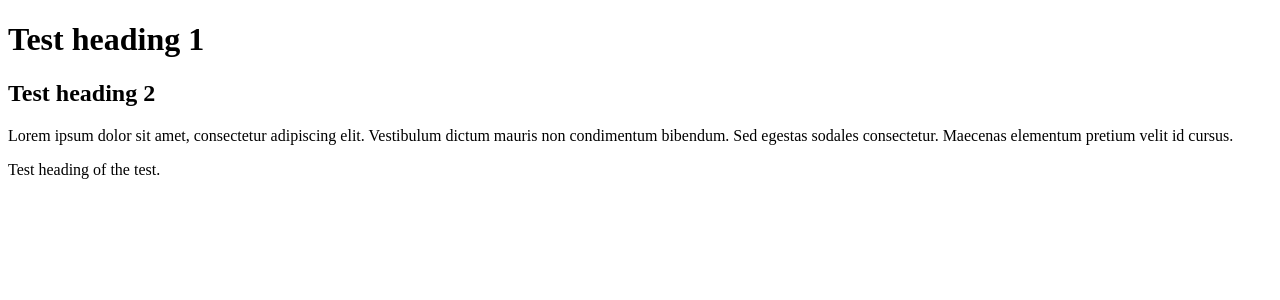
Repository: fran2708/LPPA
Page: Project 1/index.html
The author's editor kept a copy of each file at every save. The page is drawn from the files as they stood at one save, then again after the next save.
The browser window is 1280 px wide. The pictures show the whole page.

Above is the page before, as saved 2022-04-12 20:01:53.

After the next save:
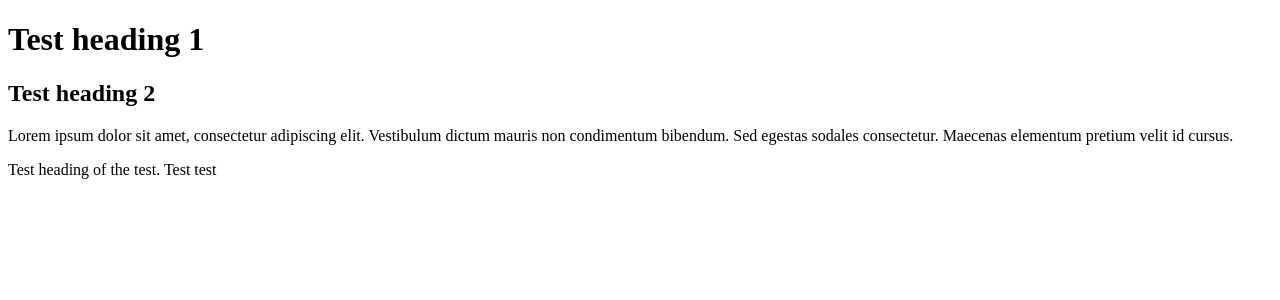
Saved 27 s later.
--- a/Project 1/index.html
+++ b/Project 1/index.html
@@ -11,5 +11,6 @@
     <h2>Test heading 2</h2>
     <p>Lorem ipsum dolor sit amet, consectetur adipiscing elit. Vestibulum dictum mauris non condimentum bibendum. Sed egestas sodales consectetur. Maecenas elementum pretium velit id cursus.</p>
     <param>Test heading of the test.</param>
+    <param>Test test </param>
 </body>
 </html>
